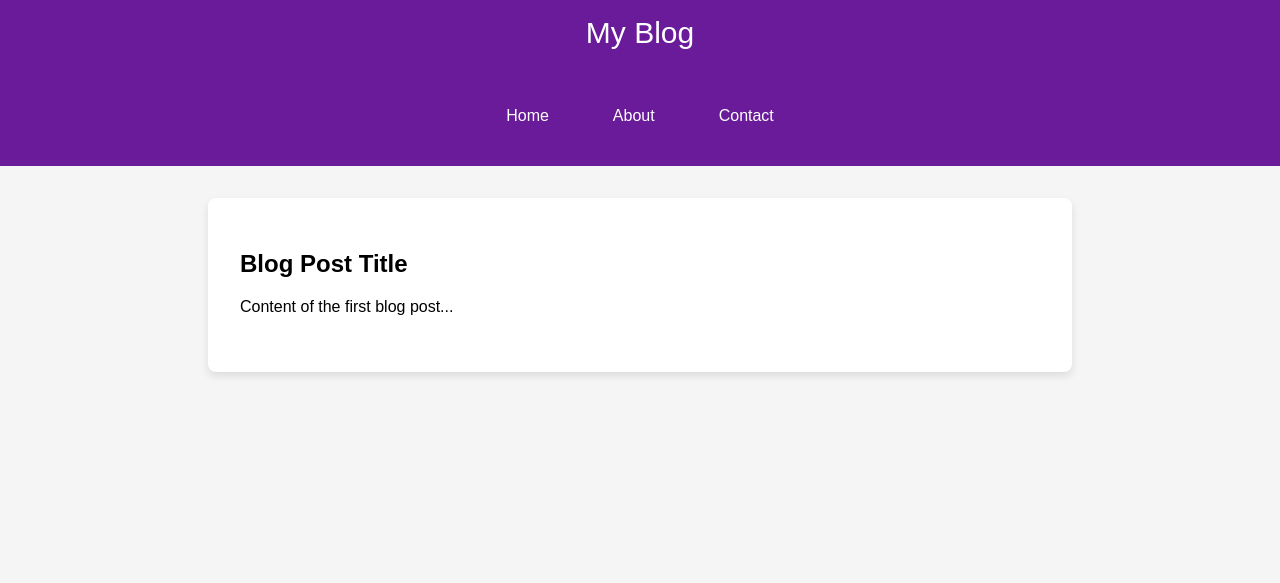
Repository: Femi007-gh/BLOG
Page: index.html
An editor plug-in stored every save of this project. The page is shown before and after the next save, followed by the edit.
The browser window is 1280 px wide. The pictures show the whole page.

Above is the page before, as saved 2025-01-08 09:40:23.

After the next save:
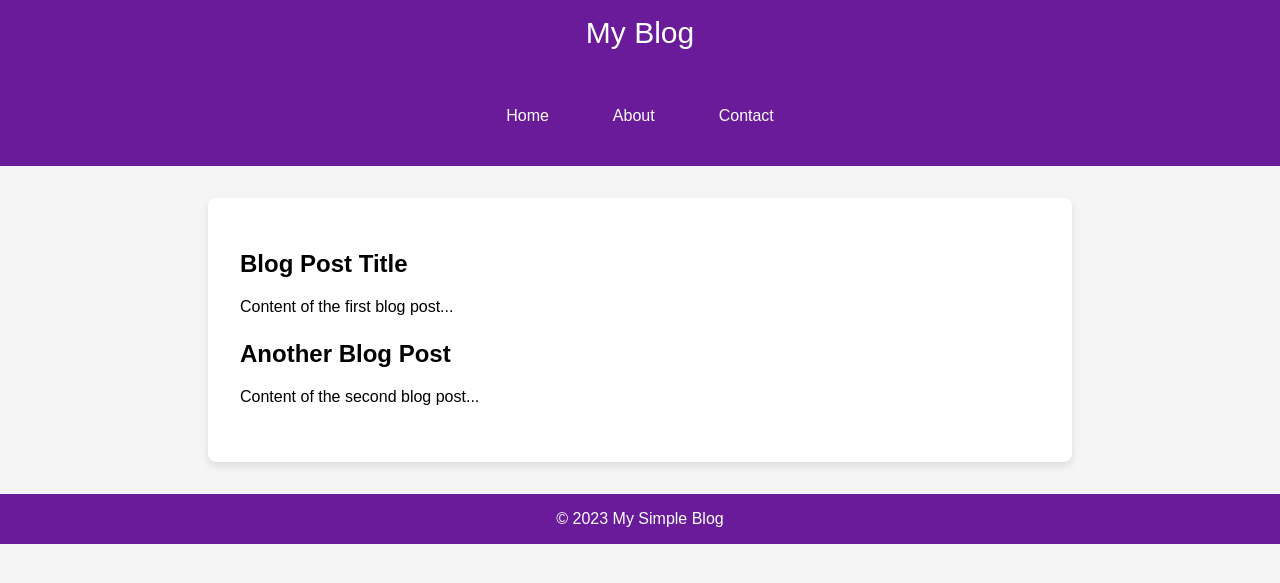
Saved 25 s later.
--- a/index.html
+++ b/index.html
@@ -17,8 +17,13 @@
         <h2>Blog Post Title</h2>
         <p>Content of the first blog post...</p>
       </div>
-
+      <div class="blog-post">
+        <h2>Another Blog Post</h2>
+        <p>Content of the second blog post...</p>
+      </div>
     </div>
-
+    <footer>
+      &copy; 2023 My Simple Blog
+    </footer>
   </body>
   </html>
